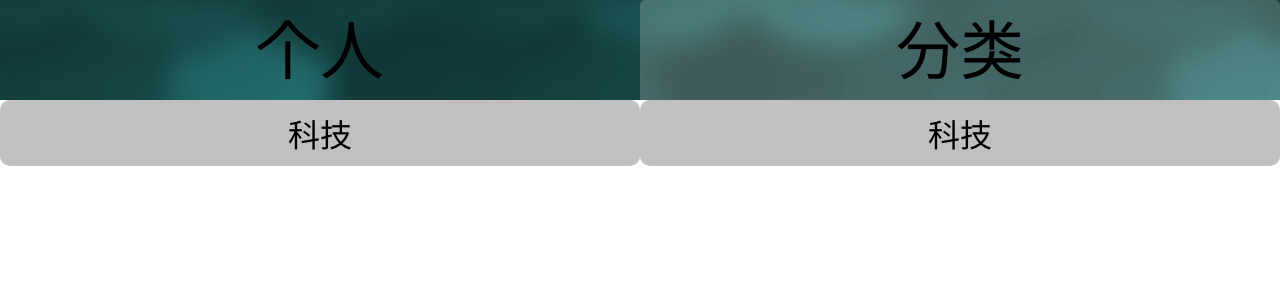
Repository: aoandxie/AoNews
Page: AoNews/WebContent/classify.html
These files come from the project's save history. The page is drawn as it stood at one moment and after the next save; the edit follows.
The browser window is 1280 px wide. The pictures show the whole page.

Above is the page before, as saved 2017-03-05 15:56:51.

After the next save:
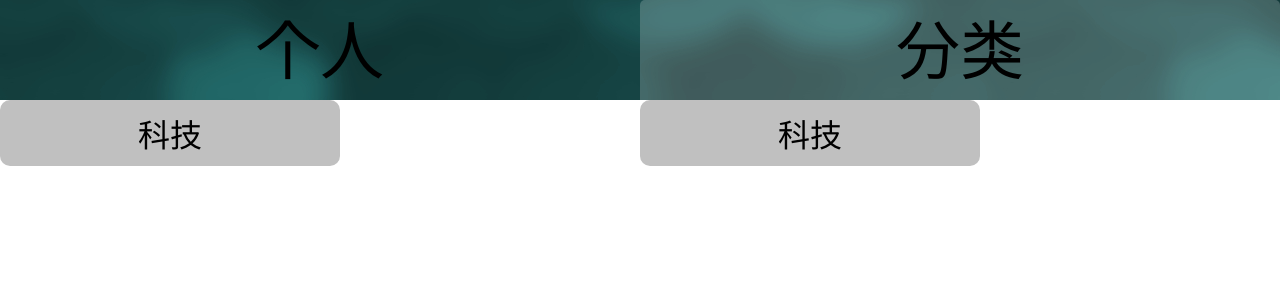
Saved 12 s later.
--- a/AoNews/WebContent/common_style.css
+++ b/AoNews/WebContent/common_style.css
@@ -126,5 +126,5 @@
 	padding: 10px;
 	border-radius: 10px;
 	background-color: silver;
-	width: auto;
+	width: inherit;
 }

After the 4 saves that followed:
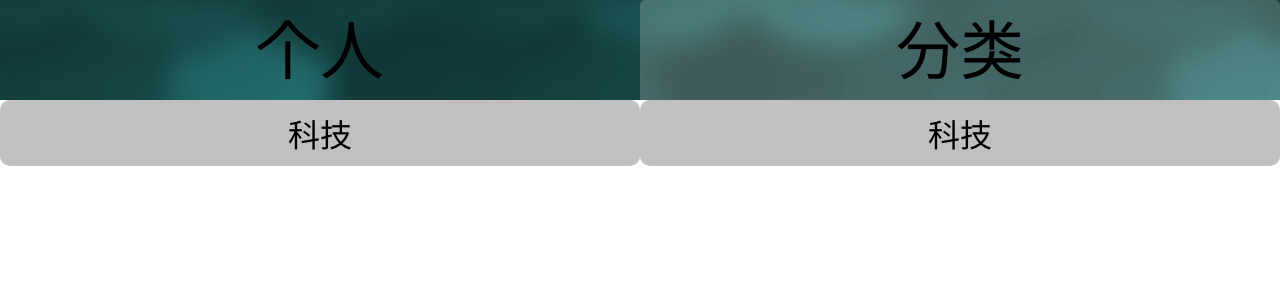
The 4 saves are shown as one change because 3 left the picture as it was.
The last was saved 2 min 27 s later.
--- a/AoNews/WebContent/common_style.css
+++ b/AoNews/WebContent/common_style.css
@@ -126,5 +126,4 @@
 	padding: 10px;
 	border-radius: 10px;
 	background-color: silver;
-	width: inherit;
 }
